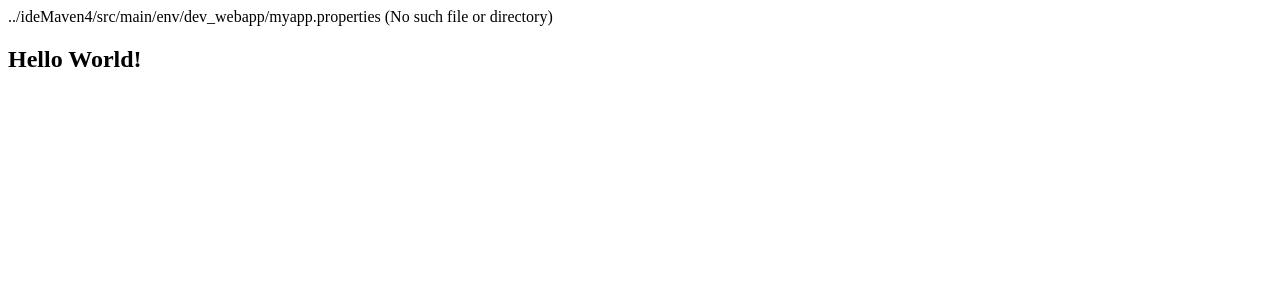
Repository: jaiswalshivam124/first-repo
Page: http://localhost/ideMaven4/
An editor plug-in stored every save of this project. The page is shown before and after the next save, followed by the edit.
The browser window is 1280 px wide. The pictures show the whole page.
The page is served by Tomcat 9.

Above is the page before, as saved 2020-08-22 17:37:19.

### Logic Building/ideMaven4/src/main/webapp/index.jsp
<%@page import="java.io.FileInputStream"%>
<%@page import="java.util.Properties"%>
<%@page import="java.io.File"%>
<html>
<body>
<%
try
{
    FileInputStream fis = new FileInputStream("../ideMaven4/src/main/env/dev_webapp/myapp.properties");
    Properties p = new Properties();
    p.load(fis);
    String LogFileName = p.getProperty("msg");
    out.println(LogFileName);
}
catch (Exception e)
{ //Catch exception if any
    out.println(e.getMessage());
}
%>
</br>
<%
try
{
   // FileInputStream fis = new FileInputStream("../myapp.properties");
    //Properties q = new Properties();
    //q.load(fis);
    //String LogFileName1 = q.getProperty("msg");
    //out.println(LogFileName1);
}
catch (Exception e)
{// Catch exception if any
   // out.println(e.getMessage());
}
%>

<h2>Hello World!</h2>
</body>
</html>

After the next save:
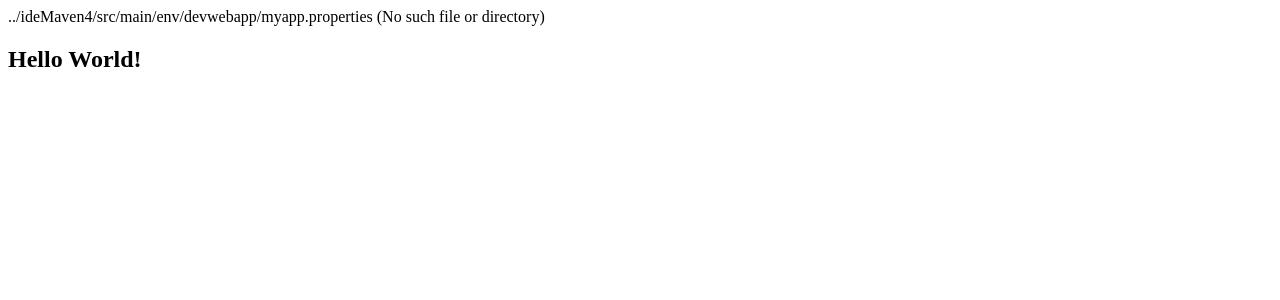
Saved 15 s later.
--- a/Logic Building/ideMaven4/src/main/webapp/index.jsp
+++ b/Logic Building/ideMaven4/src/main/webapp/index.jsp
@@ -6,7 +6,7 @@
 <%
 try
 {
-    FileInputStream fis = new FileInputStream("../ideMaven4/src/main/env/dev_webapp/myapp.properties");
+    FileInputStream fis = new FileInputStream("../ideMaven4/src/main/env/devwebapp/myapp.properties");
     Properties p = new Properties();
     p.load(fis);
     String LogFileName = p.getProperty("msg");

After the save that followed:
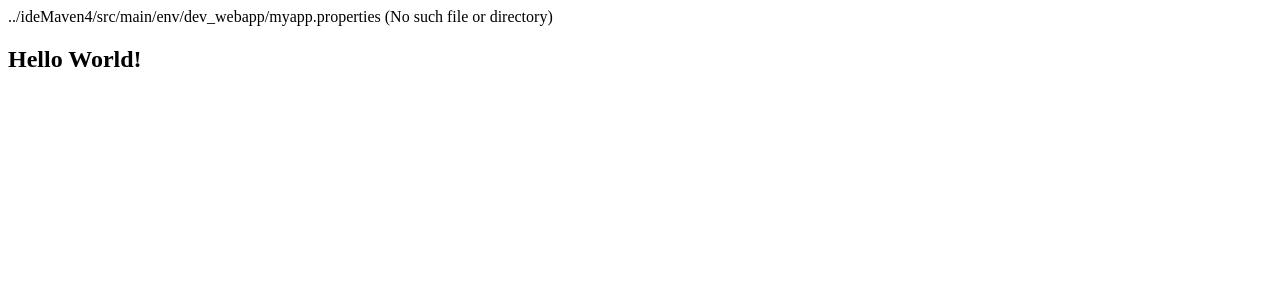
Saved 38 s later.
--- a/Logic Building/ideMaven4/src/main/webapp/index.jsp
+++ b/Logic Building/ideMaven4/src/main/webapp/index.jsp
@@ -6,7 +6,7 @@
 <%
 try
 {
-    FileInputStream fis = new FileInputStream("../ideMaven4/src/main/env/devwebapp/myapp.properties");
+    FileInputStream fis = new FileInputStream("../ideMaven4/src/main/env/dev_webapp/myapp.properties");
     Properties p = new Properties();
     p.load(fis);
     String LogFileName = p.getProperty("msg");
